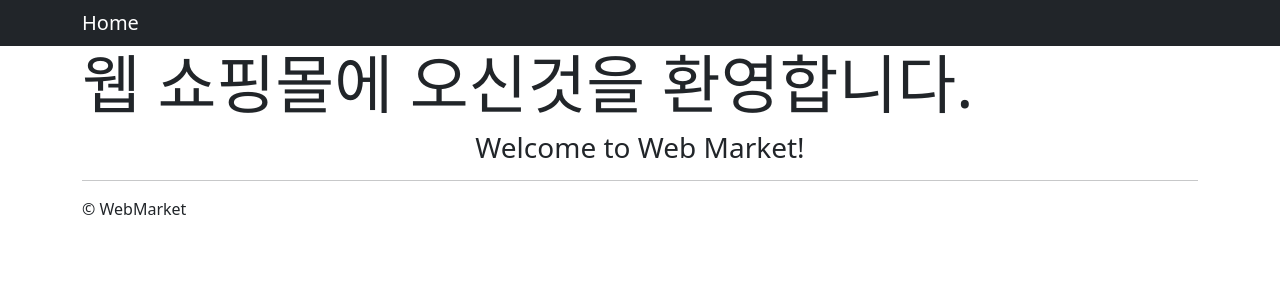
Repository: ckd0523/JSPWORK
Page: http://localhost/WebMarket/ch03/welcome.jsp
An editor plug-in stored every save of this project. The page is shown before and after the next save, followed by the edit.
The browser window is 1280 px wide. The pictures show the whole page.
The page is served by Tomcat 9. Nobody is signed in. The application's start-up code is not run.

Above is the page before, as saved 2024-02-19 07:38:30.

After the next save:
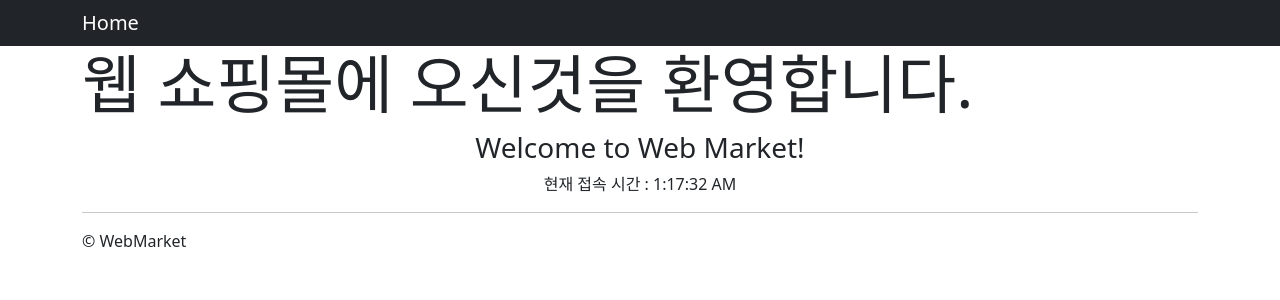
Saved 4 min 29 s later.
--- a/WebMarket/src/main/webapp/ch03/welcome.jsp
+++ b/WebMarket/src/main/webapp/ch03/welcome.jsp
@@ -31,6 +31,21 @@
 	<div class = "container">
 	<div class = "text-center">
 	<h3><%= tagline %></h3>
+	<%
+	Date day = new java.util.Date();
+	String am_pm;
+	int hour = day.getHours();
+	int minute = day.getMinutes();
+	int second = day.getSeconds();
+	if(hour/12 == 0){
+		am_pm="AM";
+	}else{
+		am_pm="PM";
+		hour = hour-12;
+	}
+	String CT = hour + ":" +minute+":"+second+" "+am_pm;
+	out.println("현재 접속 시간 : "+CT+"\n");
+	%>
 	</div>
 	<hr>
 	</div>
